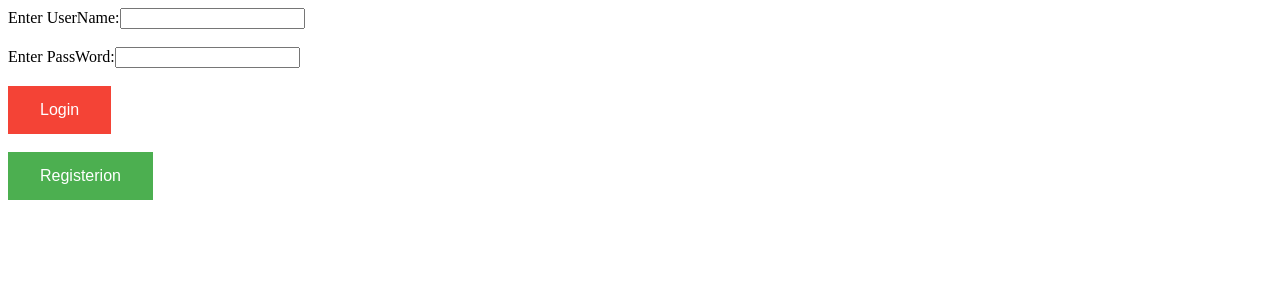
Repository: srikanthModugu/jdbc-servlet-jsp
Page: SutudentRegistration/WebContent/LoginPage.html
An editor plug-in stored every save of this project. The page is shown before and after the next save, followed by the edit.
The browser window is 1280 px wide. The pictures show the whole page.

Above is the page before, as saved 2017-10-02 14:18:39.

### SutudentRegistration/WebContent/LoginPage.html
<!DOCTYPE html>
<html>
<head>
<style type="text/css">
.button {
    background-color: #4CAF50; /* Green */
    border: none;
    color: white;
    padding: 15px 32px;
    text-align: center;
    text-decoration: none;
    display: inline-block;
    font-size: 16px;
}
.button1 {background-color: #f44336;}
</style>
<meta charset="UTF-8">
<title>Insert title here</title>
</head>

<body>
<form action="login" method="get">

Enter UserName:<input type="text" name="Uname"/><br><br>
Enter PassWord:<input type="text" name="passWord"/><br><br>
 <input class="button button1" type="submit" value="Login"/><br><br>
  <button class="button" type="submit" formaction="Registration.html">Registerion</button>

</form>

</body>
</html>

After the next save:
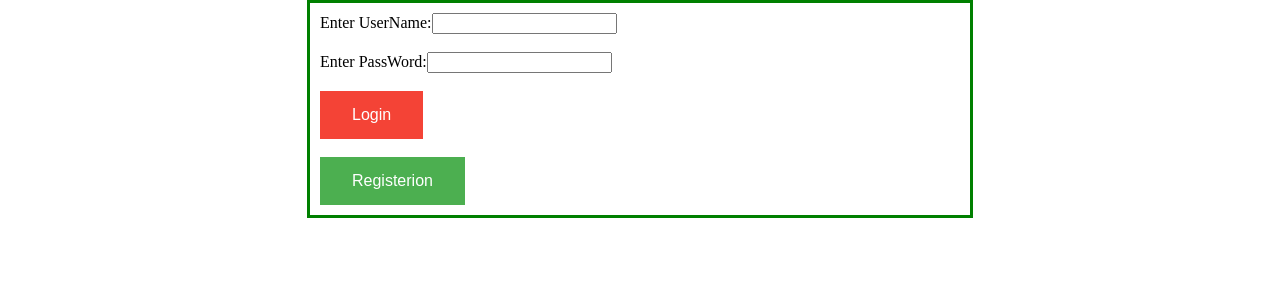
Saved 109 s later.
--- a/SutudentRegistration/WebContent/LoginPage.html
+++ b/SutudentRegistration/WebContent/LoginPage.html
@@ -12,13 +12,19 @@
     display: inline-block;
     font-size: 16px;
 }
+ .center {
+    margin: auto;
+    width: 50%;
+    border: 3px solid green;
+    padding: 10px;
+}
 .button1 {background-color: #f44336;}
 </style>
 <meta charset="UTF-8">
 <title>Insert title here</title>
 </head>
 
-<body>
+<body class="center" >
 <form action="login" method="get">
 
 Enter UserName:<input type="text" name="Uname"/><br><br>
